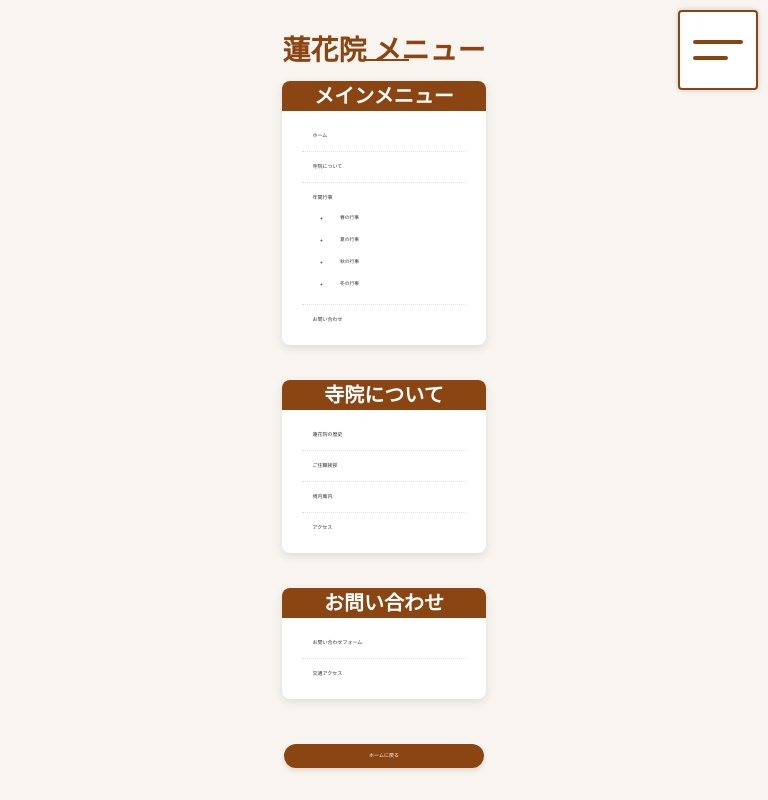
Repository: owl-onoueip/rengein-website
Page: menu.html
These files come from the project's save history. The page is drawn as it stood at one moment and after a run of saves; the edit follows.
The browser window is 768 px wide. The pictures show the whole page.
Some web fonts or font styles are not loaded; a fallback is used.

Above is the page before, as saved 2025-03-10 08:58:17.

### menu.html
<!DOCTYPE html>
<html lang="ja">

<head>
    <meta charset="UTF-8">
    <meta name="viewport" content="width=device-width, initial-scale=1.0">
    <title>メニュー - 蓮花院</title>
    <link rel="stylesheet" href="css/style.css">
    <style>
        body {
            font-family: "ヒラギノ明朝 Pro W3", "Hiragino Mincho Pro", "游明朝", YuMincho, "MS P明朝", "MS PMincho", serif;
            margin: 0;
            padding: 0;
            background-color: #f8f5f0;
            color: #333;
            min-height: 100vh;
            display: flex;
            flex-direction: column;
            justify-content: center;
        }

        .menu-container {
            max-width: 1200px;
            margin: 0 auto;
            padding: 20px;
        }

        h1 {
            text-align: center;
            color: #8b4513;
            margin-bottom: 30px;
            font-size: 28px;
            position: relative;
        }

        h1:after {
            content: "";
            display: block;
            width: 50px;
            height: 2px;
            background-color: #8b4513;
            position: absolute;
            bottom: -10px;
            left: 50%;
            transform: translateX(-50%);
        }

        .menu-grid {
            display: grid;
            grid-template-columns: repeat(auto-fit, minmax(300px, 1fr));
            gap: 20px;
            margin-bottom: 30px;
        }

        .menu-card {
            background: #fff;
            border-radius: 8px;
            box-shadow: 0 3px 10px rgba(0, 0, 0, 0.1);
            overflow: hidden;
            transition: transform 0.3s, box-shadow 0.3s;
        }

        .menu-card:hover {
            transform: translateY(-5px);
            box-shadow: 0 5px 15px rgba(0, 0, 0, 0.15);
        }

        .menu-header {
            background-color: #8b4513;
            color: #fff;
            padding: 15px;
            text-align: center;
        }

        .menu-header h2 {
            margin: 0;
            font-size: 20px;
        }

        .menu-content {
            padding: 20px;
        }

        .menu-list {
            list-style: none;
            padding: 0;
            margin: 0;
        }

        .menu-list li {
            margin-bottom: 10px;
            border-bottom: 1px dotted #ddd;
            padding-bottom: 10px;
        }

        .menu-list li:last-child {
            margin-bottom: 0;
            border-bottom: none;
            padding-bottom: 0;
        }

        .menu-list a {
            display: block;
            color: #333;
            text-decoration: none;
            padding: 5px 10px;
            border-radius: 3px;
            transition: all 0.3s;
            position: relative;
        }

        .menu-list a:after {
            content: "›";
            position: absolute;
            right: 10px;
            opacity: 0;
            transition: opacity 0.3s, transform 0.3s;
        }

        .menu-list a:hover {
            background-color: rgba(255, 223, 0, 0.2);
            padding-left: 15px;
        }

        .menu-list a:hover:after {
            opacity: 1;
            transform: translateX(5px);
        }

        .sub-menu {
            padding-left: 20px;
            margin-top: 10px;
        }

        .sub-menu li {
            margin-bottom: 12px;
            border-bottom: none;
            padding-bottom: 0;
        }

        .sub-menu a {
            font-size: 0.95em;
            padding: 5px 10px;
        }

        .back-button {
            display: block;
            text-align: center;
            width: 200px;
            margin: 0 auto;
            background-color: #8b4513;
            color: #fff;
            padding: 12px 20px;
            border-radius: 30px;
            text-decoration: none;
            transition: all 0.3s;
            box-shadow: 0 3px 5px rgba(0, 0, 0, 0.1);
        }

        .back-button:hover {
            background-color: #6d3611;
            transform: translateY(-2px);
            box-shadow: 0 5px 10px rgba(0, 0, 0, 0.15);
        }

        /* メニューボタンのスタイル */
        #menubar_hdr {
            display: block !important;
            position: fixed !important;
            z-index: 9999 !important;
            top: 10px !important;
            right: 10px !important;
            width: 80px !important;
            height: 80px !important;
            background: #fff !important;
            border: 2px solid #8b4513 !important;
            border-radius: 4px !important;
            box-shadow: 0 0 5px rgba(0, 0, 0, 0.2) !important;
            cursor: pointer !important;
            transition: all 0.3s ease !important;
        }

        #menubar_hdr:hover {
            background-color: rgba(139, 69, 19, 0.1) !important;
            transform: translateY(-3px) !important;
            box-shadow: 0 5px 10px rgba(0, 0, 0, 0.2) !important;
        }

        .menu-icon {
            width: 50px !important;
            height: 50px !important;
            position: absolute !important;
            top: 50% !important;
            left: 50% !important;
            transform: translate(-50%, -50%) !important;
        }

        .menu-icon span {
            display: block !important;
            position: absolute !important;
            width: 100% !important;
            height: 4px !important;
            background-color: #8b4513 !important;
            border-radius: 4px !important;
            transition: all 0.3s ease !important;
        }

        .menu-icon span:nth-child(1) {
            top: 15px !important;
        }

        .menu-icon span:nth-child(2) {
            width: 70% !important;
            bottom: 15px !important;
        }

        #menubar_hdr:hover .menu-icon span:nth-child(2) {
            width: 100% !important;
        }

        /* レスポンシブ対応 */
        @media (max-width: 768px) {
            .menu-grid {
                grid-template-columns: 1fr;
            }

            .menu-card {
                margin-bottom: 15px;
            }
        }
    </style>
</head>

<body>
    <div class="menu-container">
        <h1>蓮花院 メニュー</h1>

        <div class="menu-grid">
            <div class="menu-card">
                <div class="menu-header">
                    <h2>メインメニュー</h2>
                </div>
                <div class="menu-content">
                    <ul class="menu-list">
                        <li><a href="index.html">ホーム</a></li>
                        <li><a href="about.html">寺院について</a></li>
                        <li>
                            <a href="events.html">年間行事</a>
                            <ul class="sub-menu">
                                <li><a href="events.html#spring">春の行事</a></li>
                                <li><a href="events.html#summer">夏の行事</a></li>
                                <li><a href="events.html#autumn">秋の行事</a></li>
                                <li><a href="events.html#winter">冬の行事</a></li>
                            </ul>
                        </li>
                        <li><a href="contact.html">お問い合わせ</a></li>
                    </ul>
                </div>
            </div>

            <div class="menu-card">
                <div class="menu-header">
                    <h2>寺院について</h2>
                </div>
                <div class="menu-content">
                    <ul class="menu-list">
                        <li><a href="about.html#history">蓮花院の歴史</a></li>
                        <li><a href="about.html#message">ご住職挨拶</a></li>
                        <li><a href="about.html#temple-grounds">境内案内</a></li>
                        <li><a href="about.html#access">アクセス</a></li>
                    </ul>
                </div>
            </div>

            <div class="menu-card">
                <div class="menu-header">
                    <h2>お問い合わせ</h2>
                </div>
                <div class="menu-content">
                    <ul class="menu-list">
                        <li><a href="contact.html#form">お問い合わせフォーム</a></li>
                        <li><a href="contact.html#access">交通アクセス</a></li>
                    </ul>
                </div>
            </div>
        </div>

        <a href="index.html" class="back-button">ホームに戻る</a>
    </div>

    <!--ハンバーガーメニュー-->
    <a href="index.html">
        <div id="menubar_hdr">
            <div class="menu-icon">
                <span></span>
                <span></span>
            </div>
        </div>
    </a>

    <script src="https://ajax.googleapis.com/ajax/libs/jquery/3.6.0/jquery.min.js"></script>
    <script src="js/main.js"></script>
</body>

</html>

### css/inview.css
@charset "utf-8";



/*up,down,transform1,transform2の共通設定
（待機中の設定）
---------------------------------------------------------------------------*/
.up, .down, .transform1, .transform2 {
	position: relative;
	opacity: 0;		/*透明度（透明の状態）*/
}


/*up,down,transform1,transform2の共通設定
（要素が見えたら実行するアクションの設定）
---------------------------------------------------------------------------*/
.upstyle, .downstyle, .transform1style, .transform2style {
	opacity: 1;				/*透明度（色が100%出た状態）*/
	transition: 1s 0.5s;	/*1sはアニメーションの実行時間1.5秒。0.5sは0.5秒遅れてスタートする指定。*/
}


/*upスタイル。下から上にフェードインしてくるスタイル
---------------------------------------------------------------------------*/
/*待機中の設定*/
.up {
	bottom: -20px;	/*基準値の下20pxの場所からスタート*/
}

/*要素が見えたら実行するアクション*/
.upstyle {
	bottom: 0px;	/*基準値まで戻す*/
}


/*downスタイル。上から下にフェードインしてくるスタイル
---------------------------------------------------------------------------*/
/*待機中の設定*/
.down {
	top: -20px;	/*基準値の上20pxの場所からスタート*/
}

/*要素が見えたら実行するアクション*/
.downstyle {
	top: 0px;	/*基準値まで戻す*/
}


/*transform1スタイル。その場で回転するスタイル
---------------------------------------------------------------------------*/
/*待機中の設定*/
.transform1 {
	transform: scaleX(0);	/*幅を0%でスタート*/
}

/*要素が見えたら実行するアクション*/
.transform1style {
	transform: scaleX(1);	/*幅を100%に戻す*/
}


/*transform2スタイル。倒れた状態から起き上がるスタイル
---------------------------------------------------------------------------*/
/*待機中の設定*/
.transform2 {
	transform: perspective(400px) translateZ(-70px) rotateX(50deg);
}

/*要素が見えたら実行するアクション*/
.transform2style {
	transform: perspective(400px) translateZ(0px) rotateX(0deg);
}


/*blurスタイル。ぼかしで出現するスタイル。
---------------------------------------------------------------------------*/
/*待機中の設定*/
.blur {
	opacity: 0;	/*透明度（透明の状態）*/
	filter: blur(30px);
	transform: scale(1.03);
}

/*要素が見えたら実行するアクション*/
.blurstyle {
	opacity: 1;
	filter: blur(0);
	transform: scale(1);
	transition: 1s 0.5s;
}


/*transform3スタイル。小さなサイズから原寸大になるスタイル
---------------------------------------------------------------------------*/
/*キーフレーム（アニメーション）設定*/
@keyframes transform3 {
0% {
	transform: scale(0);
}
50% {
	transform: scale(1.05);
}
70% {
	transform: scale(0.99);
}
100% {
	transform: scale(1);
}
}

/*待機中の設定*/
.transform3 {
	transform: scale(0);
}

/*要素が見えたら実行するアクション*/
.transform3style {
	animation: transform3 0.8s ease-out 0.5s both;
}

Loaded but not shown: js/main.js (54 lines, source omitted); css/style.css (1465 lines, source omitted)

After the next 2 saves:
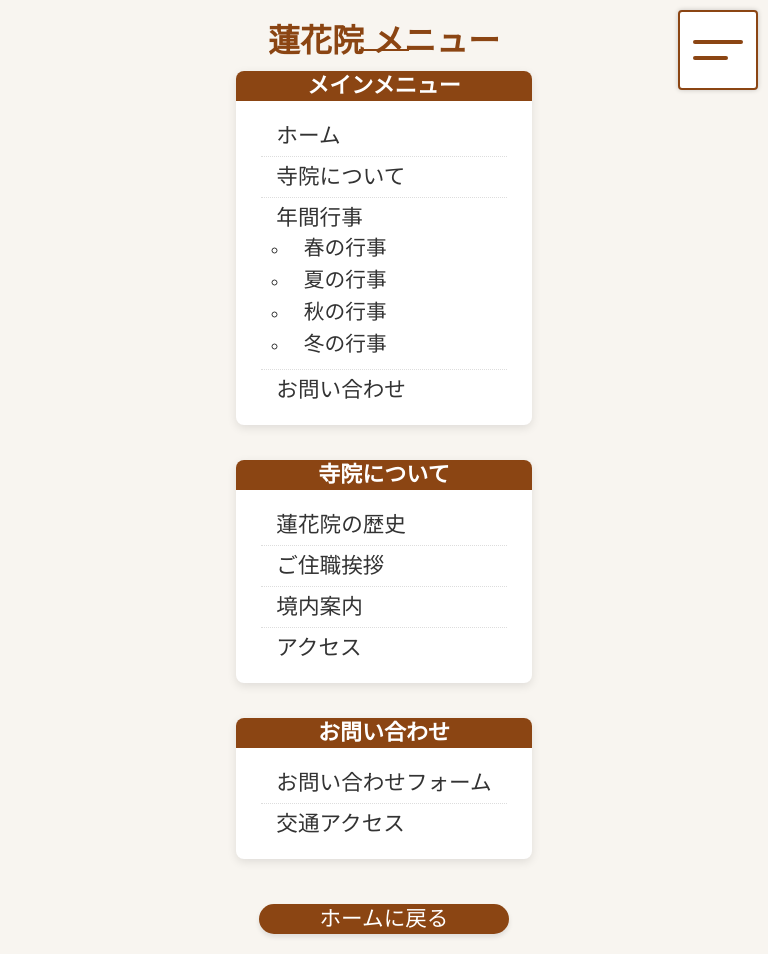
The 2 saves are shown as one change because they came seconds apart.
The last was saved 2 min 46 s later.
--- a/menu.html
+++ b/menu.html
@@ -17,6 +17,8 @@
             display: flex;
             flex-direction: column;
             justify-content: center;
+            font-size: 16px;
+            /* 基本フォントサイズを設定 */
         }
 
         .menu-container {
@@ -107,6 +109,8 @@
             border-radius: 3px;
             transition: all 0.3s;
             position: relative;
+            font-size: 1.1em;
+            /* メニューリンクのフォントサイズを大きく */
         }
 
         .menu-list a:after {
@@ -139,8 +143,10 @@
         }
 
         .sub-menu a {
-            font-size: 0.95em;
-            padding: 5px 10px;
+            font-size: 1.05em;
+            /* サブメニューのフォントサイズも大きく */
+            padding: 8px 10px;
+            /* タップ領域を広げる */
         }
 
         .back-button {
@@ -155,6 +161,8 @@
             text-decoration: none;
             transition: all 0.3s;
             box-shadow: 0 3px 5px rgba(0, 0, 0, 0.1);
+            font-size: 1.1em;
+            /* 戻るボタンのフォントサイズも大きく */
         }
 
         .back-button:hover {
@@ -220,12 +228,51 @@
 
         /* レスポンシブ対応 */
         @media (max-width: 768px) {
+            body {
+                font-size: 18px;
+                /* スマホ表示時はさらに大きく */
+            }
+
+            h1 {
+                font-size: 32px;
+                /* タイトルも大きく */
+            }
+
+            .menu-header h2 {
+                font-size: 22px;
+                /* カードヘッダーも大きく */
+            }
+
             .menu-grid {
                 grid-template-columns: 1fr;
             }
 
             .menu-card {
                 margin-bottom: 15px;
+            }
+
+            .menu-list a {
+                padding: 10px 15px;
+                /* タップ領域をさらに広げる */
+                font-size: 1.2em;
+            }
+
+            .sub-menu a {
+                padding: 10px 15px;
+                font-size: 1.15em;
+            }
+
+            .menu-content {
+                padding: 25px;
+                /* コンテンツ全体のパディングも増やす */
+            }
+
+            .back-button {
+                width: 250px;
+                /* ボタンを大きく */
+                padding: 15px 20px;
+                font-size: 1.2em;
+                margin-top: 20px;
             }
         }
     </style>
